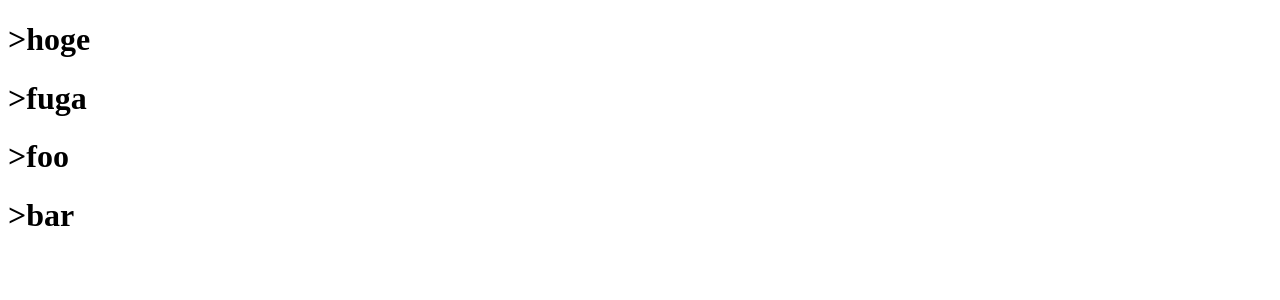
Repository: REO0315/samurai_HTML-CSS
Page: samurai/index.html
The author's editor kept a record of every edit. The page is drawn from the files as they stood at one moment, then again after the next edit.
The browser window is 1280 px wide. The pictures show the whole page.

Above is the page before.

After the next edit:
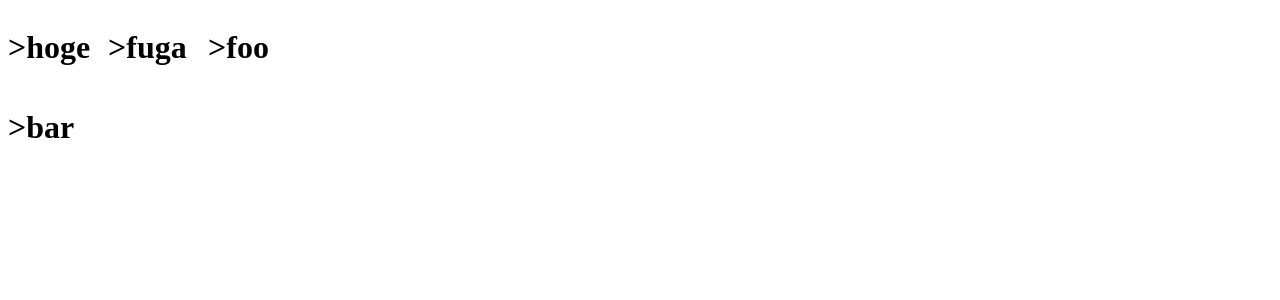
The edit:
--- a/samurai/index.html
+++ b/samurai/index.html
@@ -4,7 +4,10 @@
     <meta charset="UTF-8">
     <title>Document</title>
     <style type="text/css">
-
+       #grid{
+         display:grid;
+         grid-template-columns:100px 100px 100px;
+       }
     </style>
 </head>
 <body>
